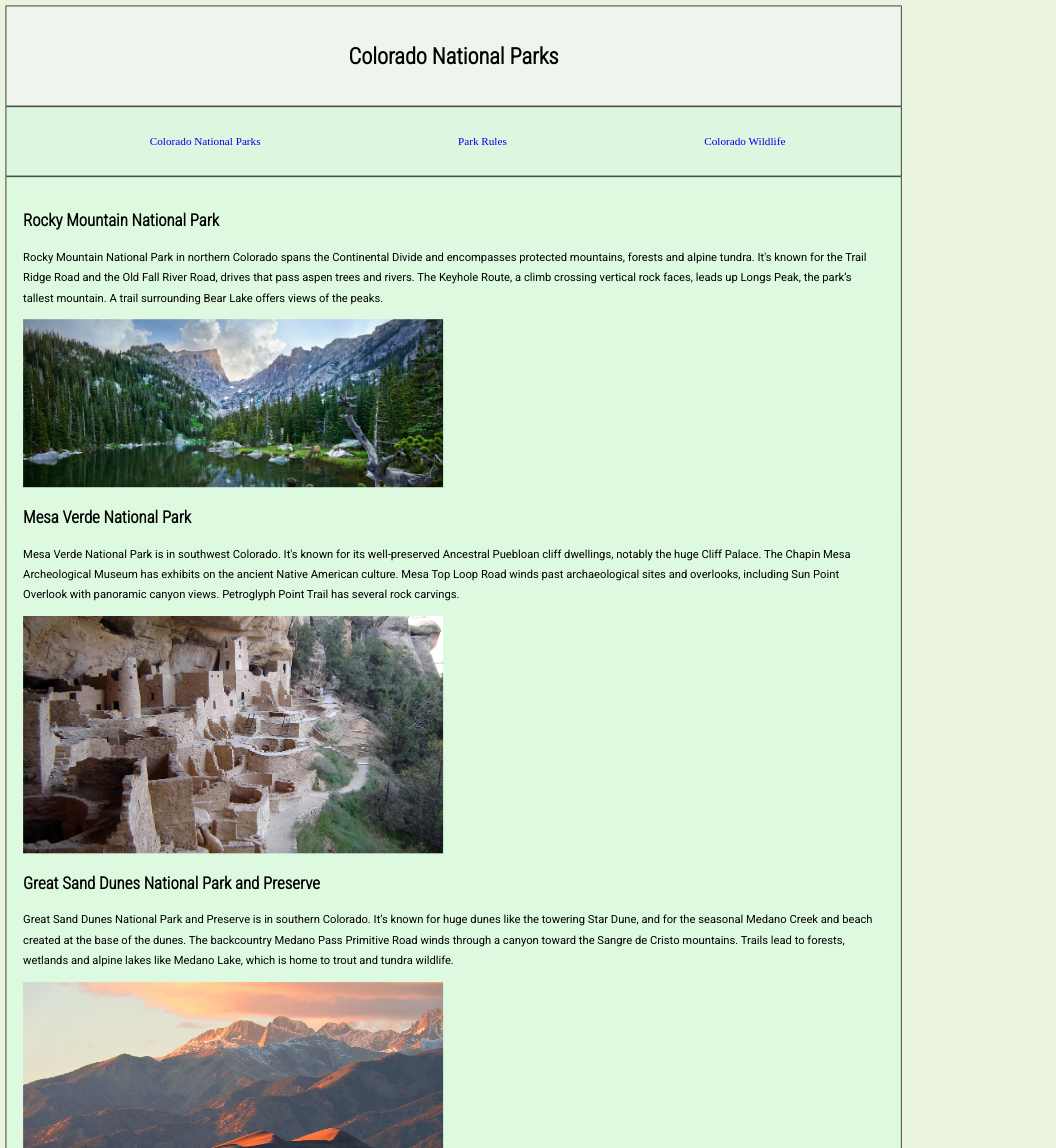
Repository: ethan-schrauf/UniversalDesignWebsite
Page: lab4.html
An editor plug-in stored every save of this project. The page is shown before and after the next save, followed by the edit.
The browser window is 1280 px wide. The page is 1288 px wide, then 1508 px, then 1288 px, so the pictures cover 1508 px, including what lies to the right of the window. The pictures show the part of the page from y = 0 to 1640 px (the page is 5199 px tall before and 5084 px after), at 70% of full size.

Above is the page before, as saved 2023-10-28 20:44:29.

After the next save:
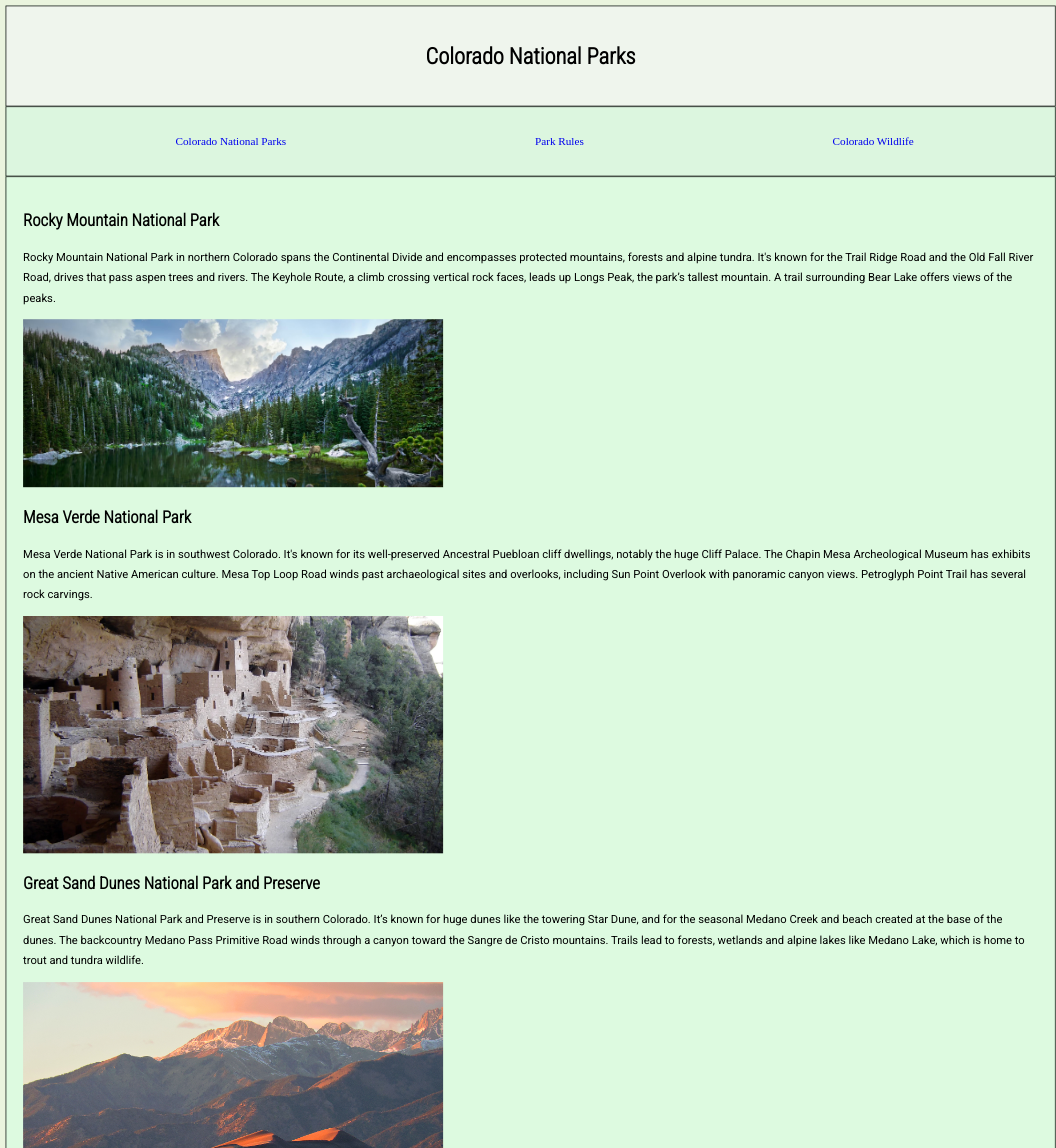
Saved 42 h 45 min later.
--- a/lab4.css
+++ b/lab4.css
@@ -43,7 +43,7 @@
     margin: 0 auto;
     background: rgb(175, 222, 176);
     display: grid;
-    width: 100vw;
+    width: 500vw;
     height: 100vh;
     grid-template-columns:
      1fr       2fr       1fr;

After the save that followed:
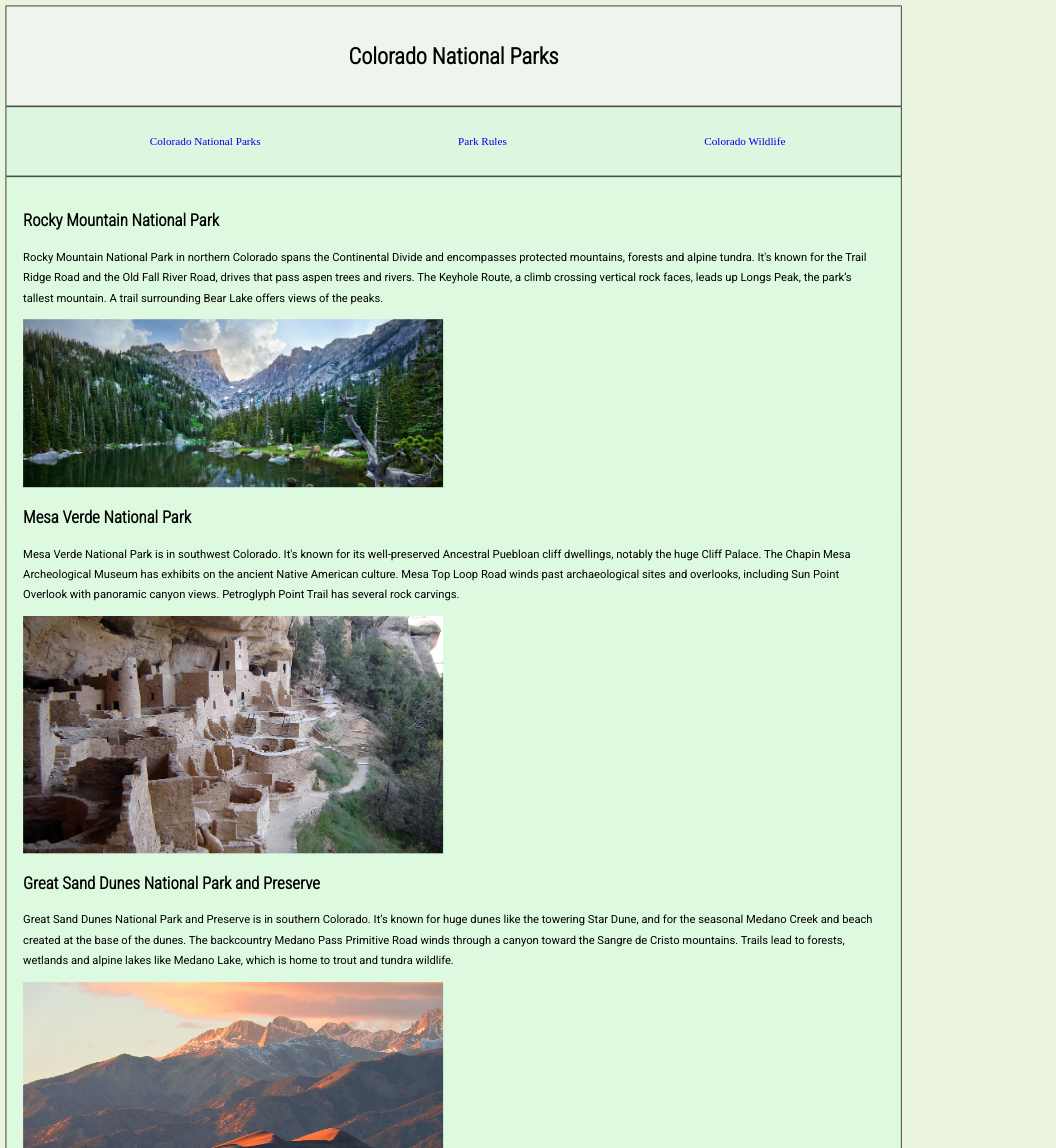
Saved 11 s later.
--- a/lab4.css
+++ b/lab4.css
@@ -43,7 +43,7 @@
     margin: 0 auto;
     background: rgb(175, 222, 176);
     display: grid;
-    width: 500vw;
+    width: 100vw;
     height: 100vh;
     grid-template-columns:
      1fr       2fr       1fr;
